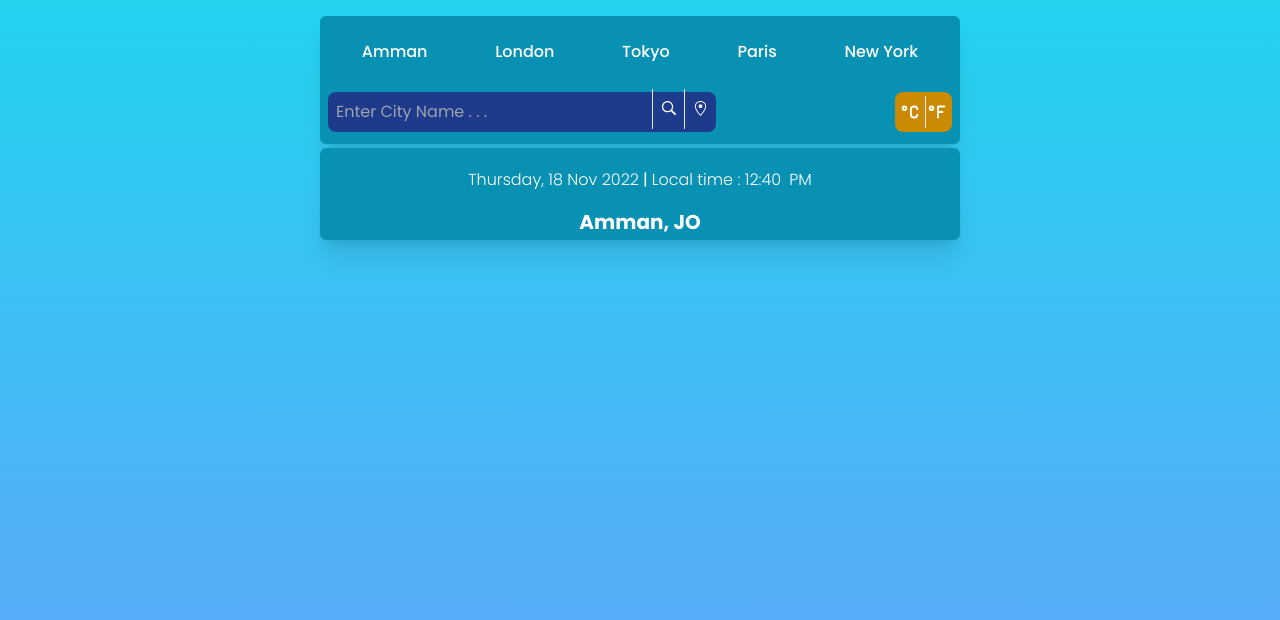
Repository: SaadYasin/next-js-forecast-tailwind
Page: /
These files come from the project's save history. The page is drawn as it stood at one moment and after the next save; the edit follows.
The browser window is 1280 px wide. The pictures show the whole page.
The project was rebuilt for these pictures with package versions that can differ from the ones it lists, and the page was loaded fresh each time. The framework's server and built-in components were replaced by stand-ins that run in the browser.

Above is the page before, as saved 2022-11-18 22:43:28.

### pages/index.js
import Head from 'next/head';
import TopButtons from '../components/TopButtons';
import Input from '../components/Input';
import MainCard from '../components/MainCard';

export default function Home() {
  return (
    <div>
      <Head>
        <title>Create Next App</title>
      </Head>
      <div className="bg-gradient-to-b from-cyan-400 to-blue-400 h-screen py-4">
        <div className="text-white w-[22.5rem] md:w-3/4 lg:w-[40rem] bg-cyan-600 h-32 mx-auto px-2 rounded-md shadow-xl">
          <TopButtons />

          <Input />

          <MainCard />
        </div>
      </div>
    </div>
  );
}

### styles/globals.css
@import url('https://fonts.googleapis.com/css2?family=Poppins:wght@100;200;300;400;500;600;700&display=swap');

@tailwind base;
@tailwind components;
@tailwind utilities;

* {
  padding: 0;
  margin: 0;
  box-sizing: border-box;
}

html,
body {
  /* font-family: -apple-system, BlinkMacSystemFont, Segoe UI, Roboto, Oxygen,
    Ubuntu, Cantarell, Fira Sans, Droid Sans, Helvetica Neue, sans-serif; */

  font-family: "Poppins", sans-serif;
}

### components/TopButtons.js
const TopButtons = () => {

  const cities = [
    {
      id: 1,
      name: "Amman"
    },
    {
      id: 2,
      name: "London"
    },
    {
      id: 3,
      name: "Tokyo"
    },
    {
      id: 4,
      name: "Paris"
    },
    {
      id: 5,
      name: "New York"
    },
  ]

  return (
    <div className="flex items-center justify-around ">
      { cities.map((city) => (
        <button key={city.id} className="text-md font-medium my-6">{ city.name }</button>
      ))}
    </div>

  )
};

export default TopButtons;

### components/Input.js
import { GoSearch, GoLocation } from 'react-icons/go';
import { TbTemperatureCelsius, TbTemperatureFahrenheit } from 'react-icons/tb';

const Input = () => {

  return (
    <div className="flex items-center justify-between mt-1">
      <form className="flex items-center rounded-lg bg-blue-900 h-10">
        <input type="text" placeholder="Enter city name . . ." className="bg-transparent focus:outline-none pl-2 capitalize"/>

        <div>
        <button className="px-2 border-l h-10 transition ease-out hover:bg-yellow-600"><GoSearch size={15}/></button>
        <button className="px-2 border-l h-10 transition ease-out hover:bg-yellow-600"><GoLocation size={15}/></button>
        </div>

        </form>

        <div className="flex font-medium text-md bg-yellow-600 h-10 rounded-lg p-1">
        <button  name="metric" className="border-r pr-1"><TbTemperatureCelsius size={22} /></button>
        <button name="imperial" ><TbTemperatureFahrenheit size={22}/></button>
        </div>
    </div>

  )
}

export default Input;

### components/MainCard.js
import TimeAndDate from './TimeAndDate'
import Location from './Location';

const MainCard = () => {

  return (
    <div className="flex flex-col items-center">
      <div className="text-white w-[22.5rem] md:w-3/4 lg:w-[40rem] bg-cyan-600 h-max-content p-1 mt-4 rounded-md shadow-xl">
        <TimeAndDate />
        <Location />
      </div>
    </div>
  );
};

export default MainCard;

### components/TimeAndDate.js
const TimeAndDate = () => {
  return (
    <div className="flex justify-center gap-1 px-2 pt-4 text-base">
      <h3 className="font-light">Thursday, 18 Nov 2022</h3>
      <p>|</p>
      <h3 className="font-light">
        Local time : 12:40<span className="ml-2">PM</span>
      </h3>
    </div>
  );
};

export default TimeAndDate;

### components/Location.js
const Location = () => {

  return (
    <div>
      <h1 className="text-center mt-4 text-xl font-bold">Amman, JO</h1>
    </div>

  )
};

export default Location;

Loaded but not shown: pages/_app.js (common file); tailwind.config.js (common file)

After the next save:
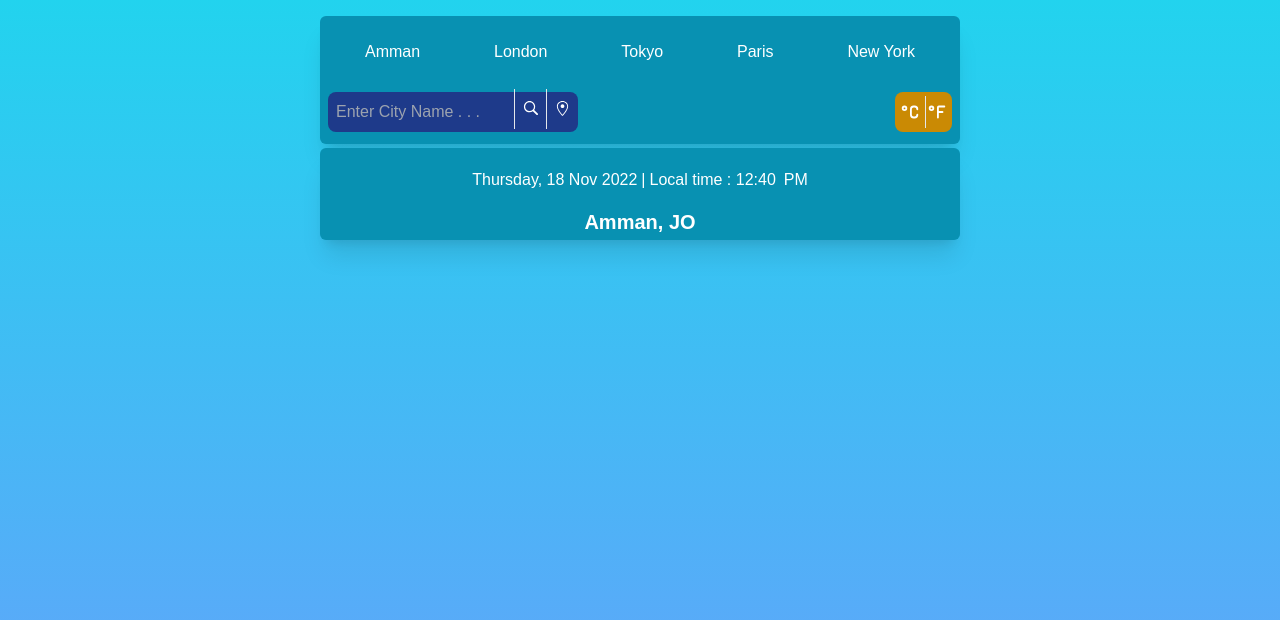
Saved 19 s later.
--- a/styles/globals.css
+++ b/styles/globals.css
@@ -15,5 +15,5 @@ body {
   /* font-family: -apple-system, BlinkMacSystemFont, Segoe UI, Roboto, Oxygen,
     Ubuntu, Cantarell, Fira Sans, Droid Sans, Helvetica Neue, sans-serif; */
 
-  font-family: "Poppins", sans-serif;
+  font-family: "", sans-serif;
 }
